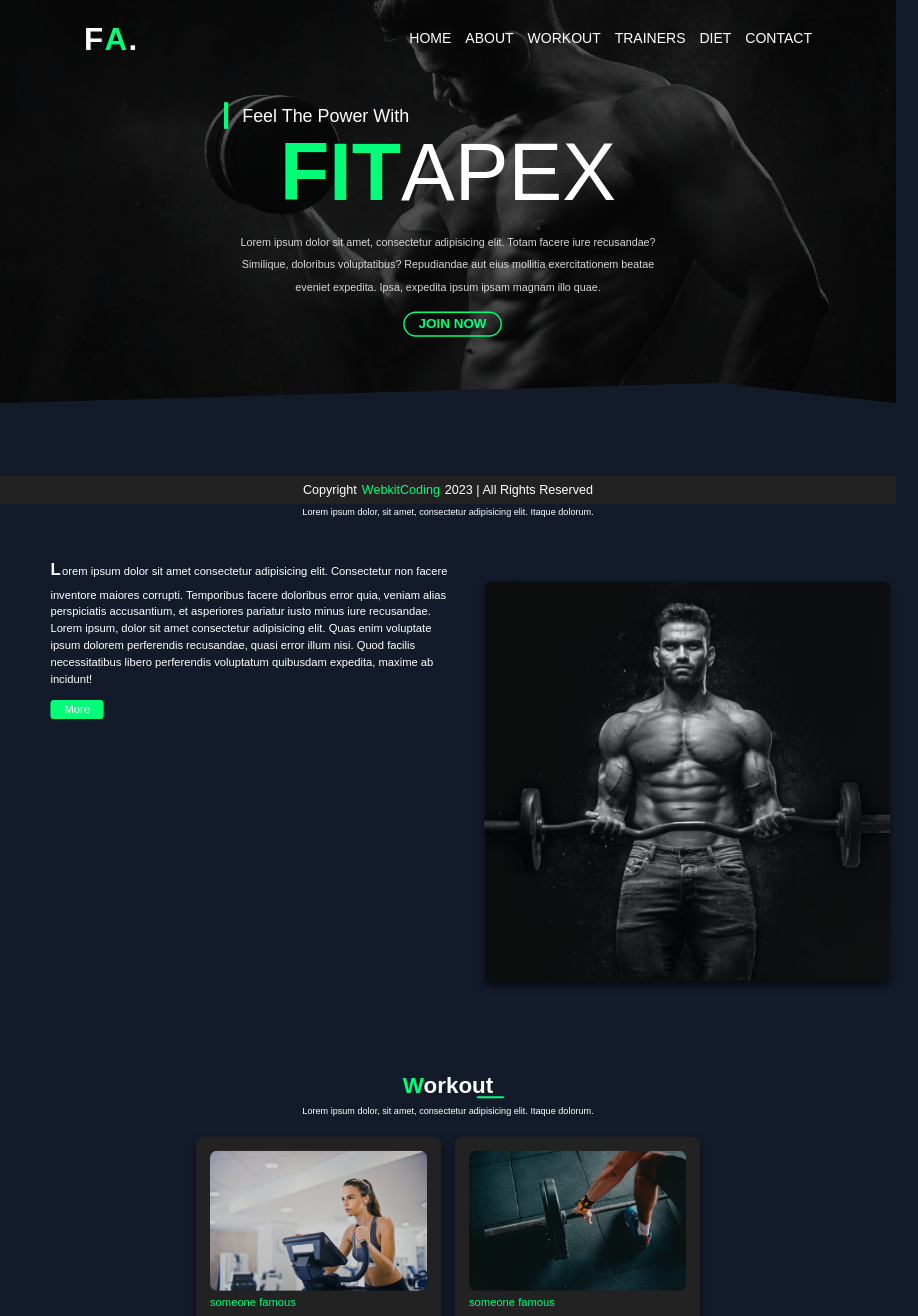
Repository: guilhermecardoso93/fitapex
Page: index.html
These files come from the project's save history. The page is drawn as it stood at one moment and after the next save; the edit follows.
The browser window is 1280 px wide. The page is 1312 px wide, so the pictures cover 1312 px, including what lies to the right of the window. The pictures show the part of the page from y = 0 to 1880 px (the page is 7562 px tall before and 7602 px after), at 70% of full size.

Above is the page before, as saved 2023-03-08 22:18:08.

After the next save:
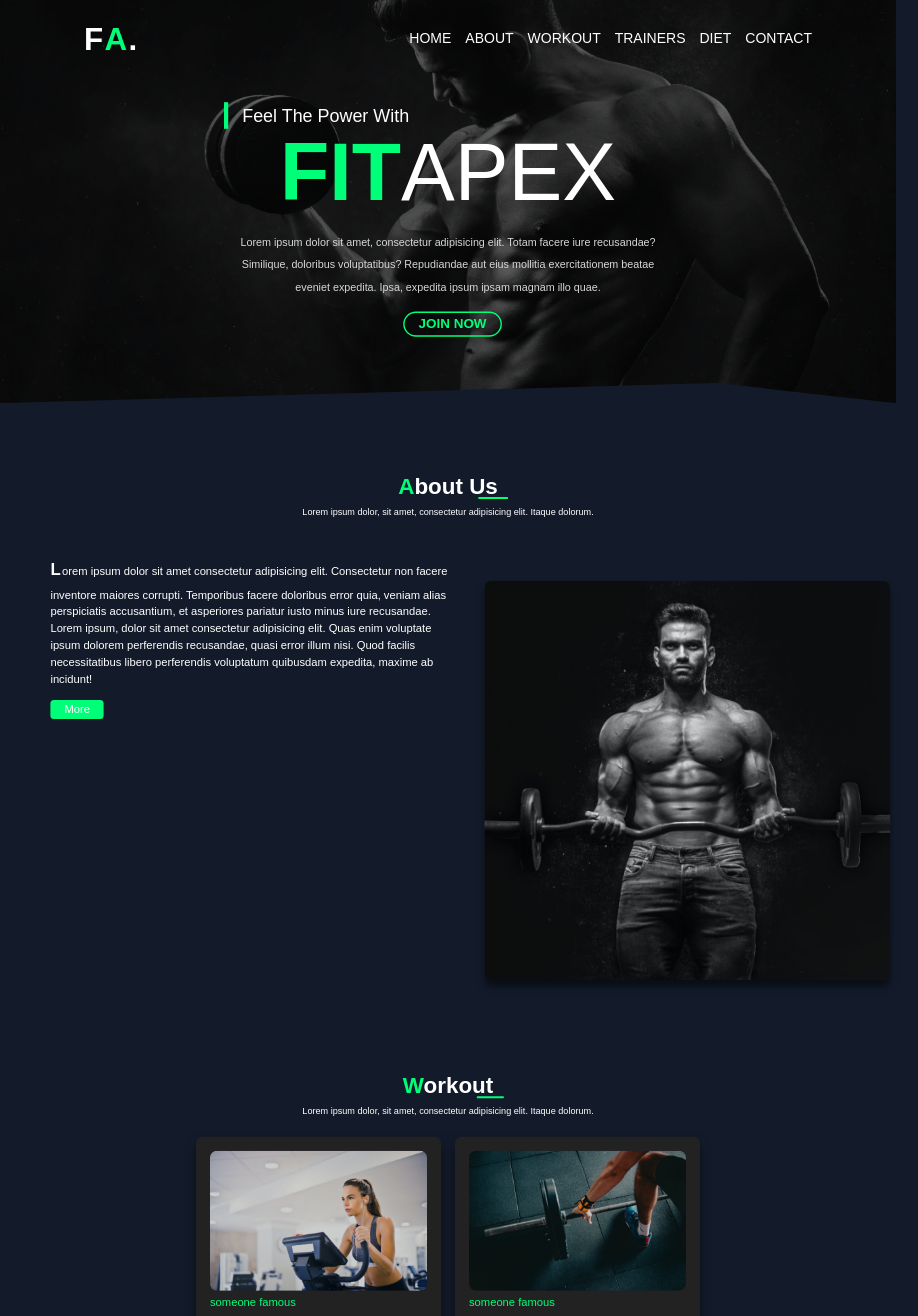
Saved 20 s later.
--- a/css/_contact.css
+++ b/css/_contact.css
@@ -73,7 +73,7 @@
   height: 40px;
   width: 100%;
   background: #222;
-  position: absolute;
+  //position: absolute;
   bottom: 0;
   text-align: center;
   font-size: 18px;
